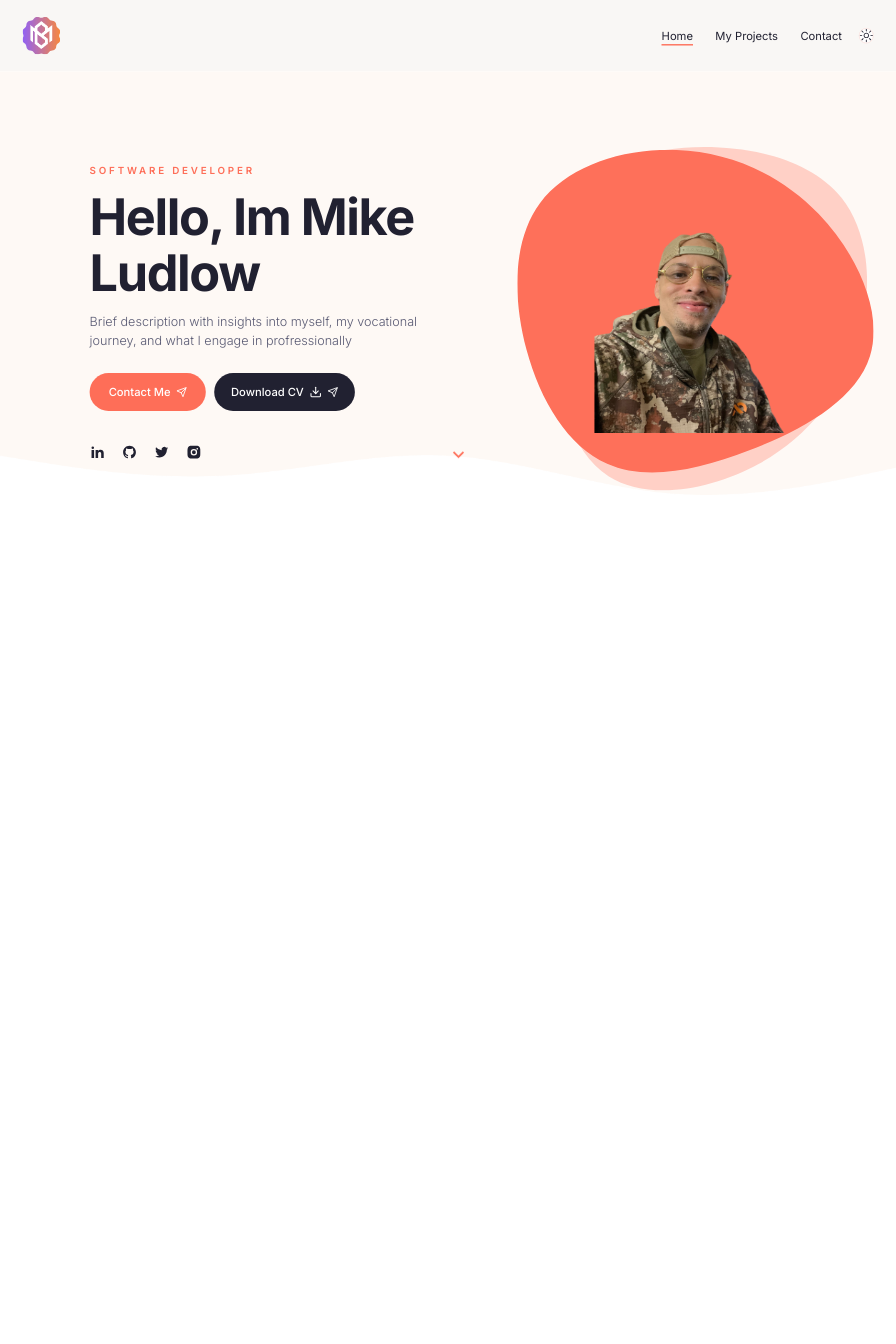
Repository: MikeeBuilds/mike-port
Page: /
The author's editor kept a copy of each file at every save. The page is drawn from the files as they stood at one save, then again after the next save.
The browser window is 1280 px wide. The pictures show the part of the page from y = 0 to 1920 px (the page is 4731 px tall), at 70% of full size.
The project was rebuilt for these pictures with package versions that can differ from the ones it lists, and the page was loaded fresh each time. The framework's server and built-in components were replaced by stand-ins that run in the browser. Also part of the build but not shown: next.config.js, components/Badge.jsx.

Above is the page before, as saved 2023-11-30 11:23:01.

After the next save:
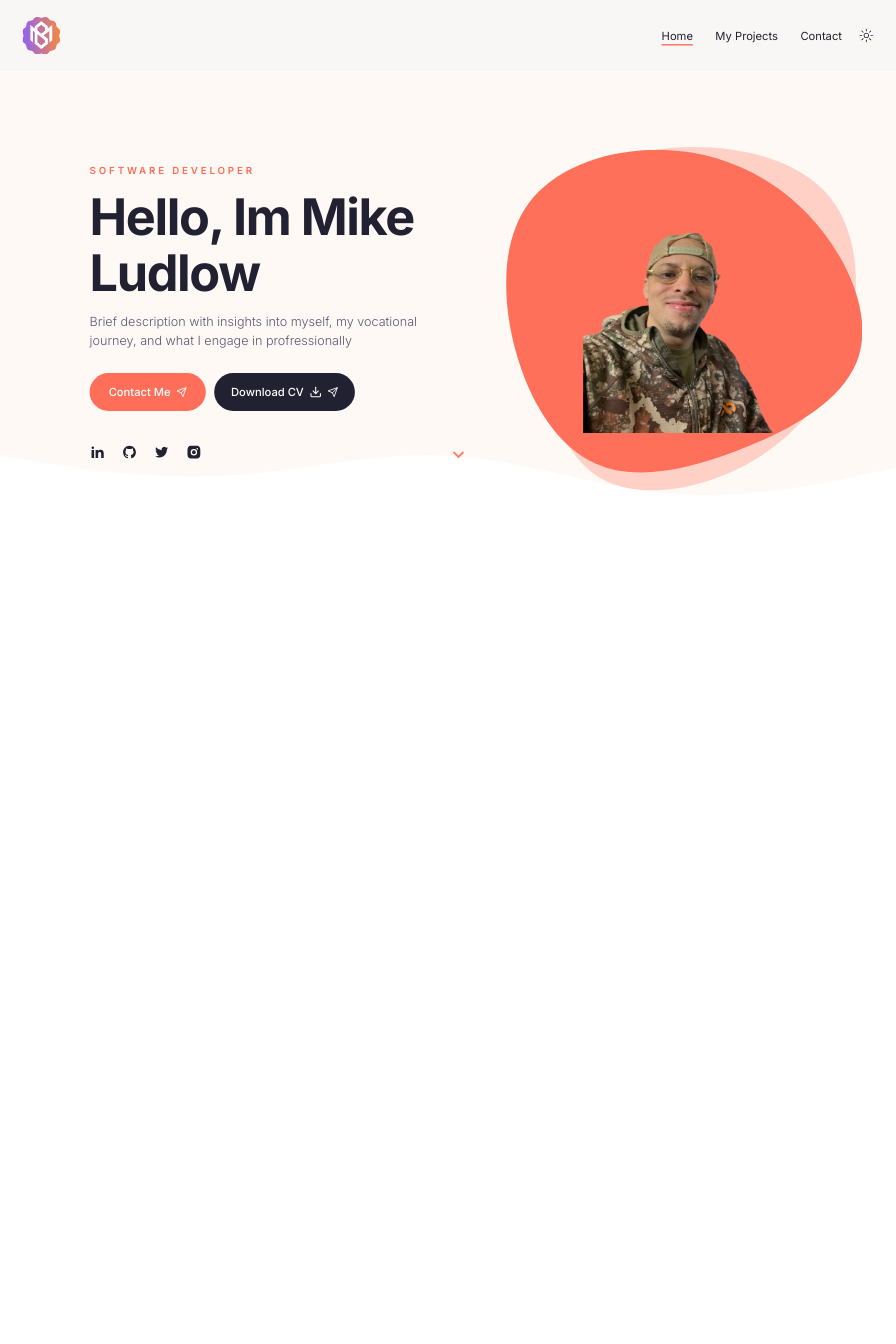
Saved 6 s later.
--- a/components/Hero.jsx
+++ b/components/Hero.jsx
@@ -49,7 +49,7 @@ const Hero = () => {
           />
         </div>
         {/* image */}
-        <div className="hidden xl:flex relative right-8">
+        <div className="hidden xl:flex relative right-12">
           <div className="bg-hero_shape2_light dark:bg-hero_shape2_dark w-[500px] h-[500px] bg-no-repeat absolute -top-1 -right-8"></div>
           <DevImg containerStyles="bg-hero_shape w-[510px] h-[462px] bg-no-repeat relative bg-bottom" imgSrc='/hero/developer.png'/>
         </div>
